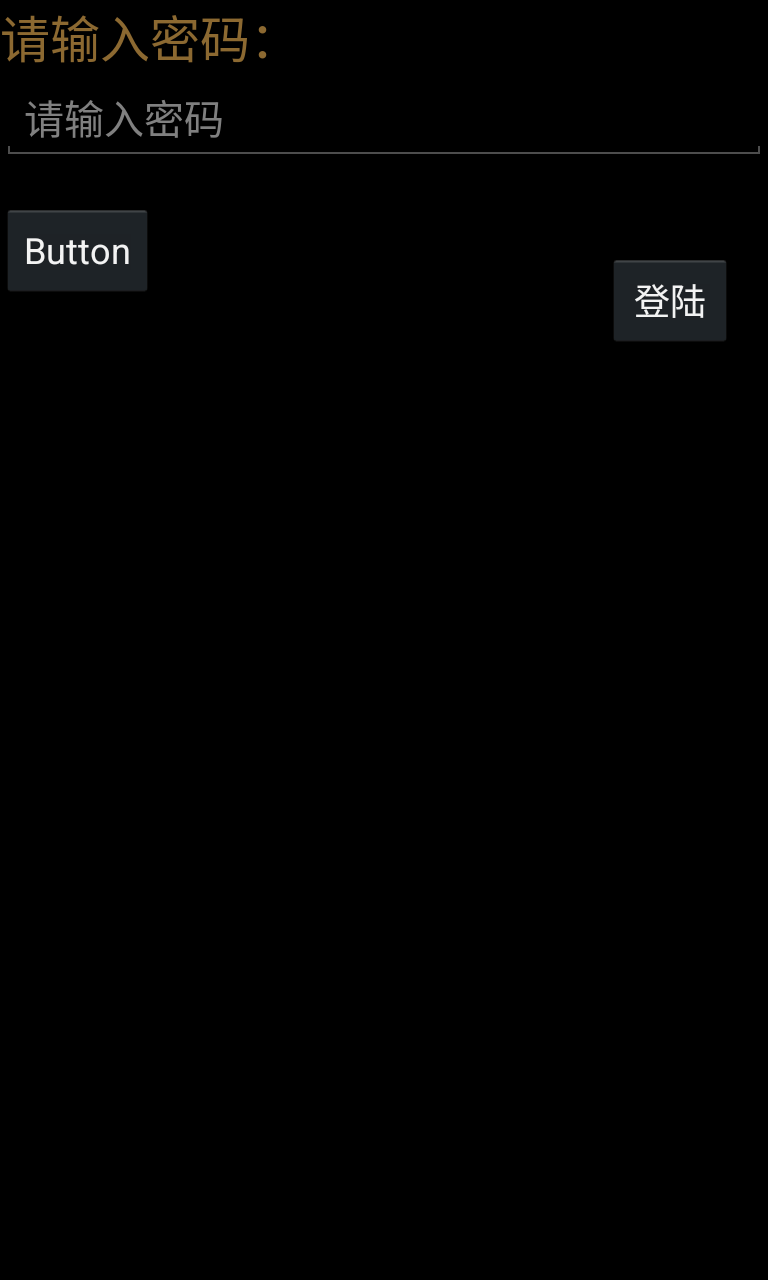
Repository: GuangmingChan/DevelopAndroidApp
Layout: demoButton/res/layout/main.xml
The author's editor kept a copy of each file at every save. The layout is drawn from the files as they stood at one save, then again after the next save.
It is drawn on a 768 x 1280 px phone screen (xhdpi) without system bars, with theme android:Theme.Holo; the app's code is not run.

Above is the layout before, as saved 2017-03-09 15:01:33.

### demoButton/res/layout/main.xml
<?xml version="1.0" encoding="utf-8"?>
<RelativeLayout xmlns:android="http://schemas.android.com/apk/res/android"
    android:layout_width="fill_parent"
    android:layout_height="fill_parent"
    android:orientation="vertical" >

    <TextView
        android:id="@+id/tvlogin"
        android:layout_width="fill_parent"
        android:layout_height="wrap_content"
        android:textSize="25sp"
        android:textColor="#8c6931"
        android:text="请输入密码：" />

    <EditText
        android:id="@+id/edpwd"
        android:layout_width="fill_parent"
        android:layout_height="wrap_content"
		android:hint="请输入密码"
		android:textSize="20sp"
		android:inputType="textPassword"
        android:layout_below="@id/tvlogin" />


    <Button
        android:id="@+id/btLogin"
        android:layout_width="wrap_content"
        android:layout_height="wrap_content"
        android:layout_alignParentRight="true"
        android:layout_below="@+id/edpwd"
        android:layout_marginRight="17dp"
        android:layout_marginTop="45dp"
        android:text="登陆" />

    <Button
        android:id="@+id/button2"
        android:layout_width="wrap_content"
        android:layout_height="wrap_content"
        android:layout_below="@+id/edpwd"
        android:layout_marginRight="16dp"
        android:layout_marginTop="20dp"
        android:layout_toLeftOf="@+id/button1"
        android:text="Button" />

</RelativeLayout>

After the next save:
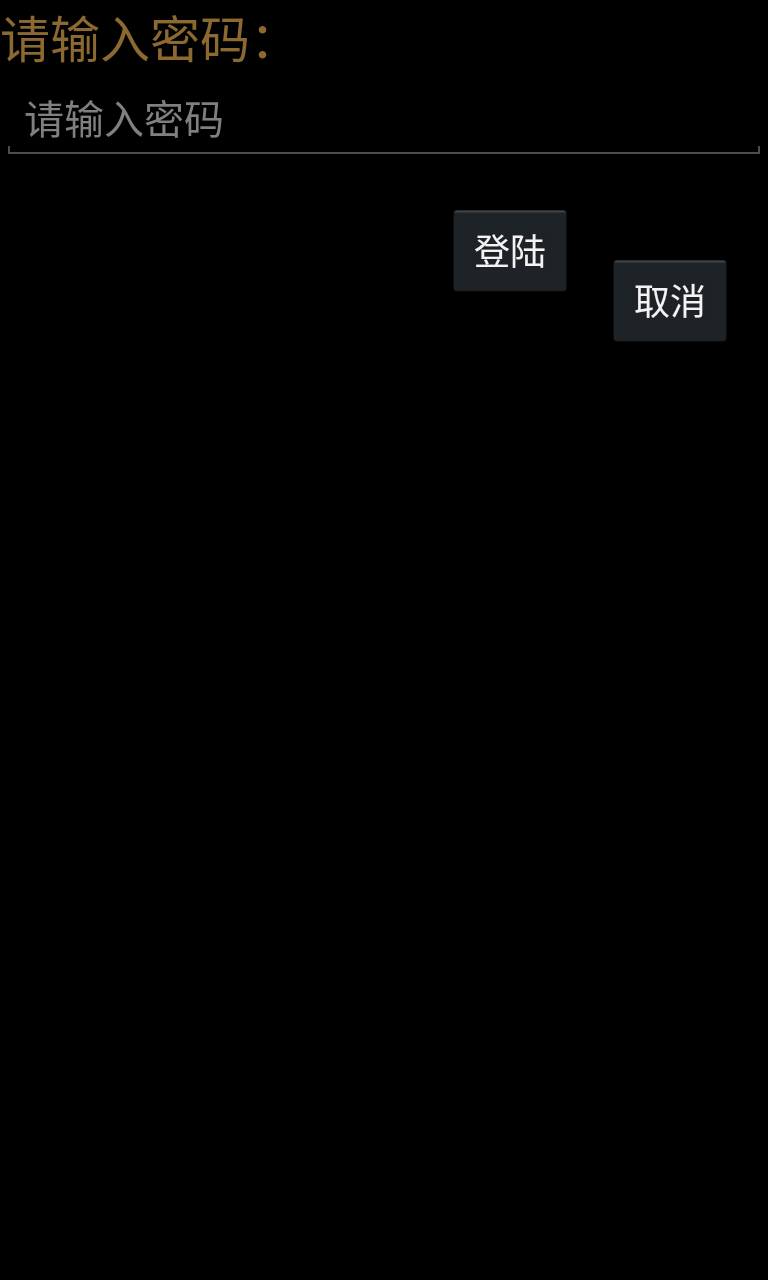
Saved 50 s later.
--- a/demoButton/res/layout/main.xml
+++ b/demoButton/res/layout/main.xml
@@ -23,23 +23,23 @@
 
 
     <Button
-        android:id="@+id/btLogin"
+        android:id="@+id/btCancel"
         android:layout_width="wrap_content"
         android:layout_height="wrap_content"
         android:layout_alignParentRight="true"
         android:layout_below="@+id/edpwd"
         android:layout_marginRight="17dp"
         android:layout_marginTop="45dp"
-        android:text="登陆" />
+        android:text="取消" />
 
     <Button
-        android:id="@+id/button2"
+        android:id="@+id/btLogin"
         android:layout_width="wrap_content"
         android:layout_height="wrap_content"
         android:layout_below="@+id/edpwd"
         android:layout_marginRight="16dp"
         android:layout_marginTop="20dp"
-        android:layout_toLeftOf="@+id/button1"
-        android:text="Button" />
+        android:layout_toLeftOf="@+id/btCancel"
+        android:text="登陆" />
 
 </RelativeLayout>
